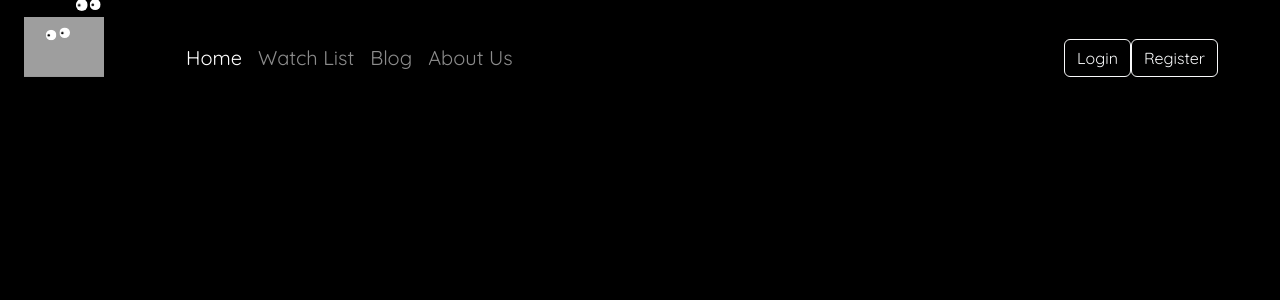
Repository: dangnguyenblackie/Movie-Review-Site
Page: / (app in movie-app/)
The author's editor kept a copy of each file at every save. The page is drawn from the files as they stood at one save, then again after the next save.
The browser window is 1280 px wide. The pictures show the whole page.
Pictures or frames that could not be fetched are drawn as grey boxes. The page's requests for data from a server got no answer. The project was rebuilt for these pictures with package versions that can differ from the ones it lists, and the page was loaded fresh each time. No one was signed in, and anything a server would have sent is missing. Also part of the build but not shown: movie-app/vite.config.ts, movie-app/src/components/header/Header.css.

Above is the page before, as saved 2023-08-12 22:06:36.

### movie-app/index.html
<!doctype html>
<html lang="en">
  <head>
    <meta charset="UTF-8" />
    <link rel="icon" type="image/svg+xml" href="/vite.svg" />
    <meta name="viewport" content="width=device-width, initial-scale=1.0" />
    <title>Movie</title>
  </head>
  <body>
    <div id="root"></div>
    <script type="module" src="/src/main.tsx"></script>
  </body>
</html>

### movie-app/src/main.tsx
import React from 'react'
import ReactDOM from 'react-dom/client'
import App from './App.tsx'
import './index.css'
import 'bootstrap/dist/css/bootstrap.css'
import './App.css'
import { BrowserRouter, Route, Routes } from 'react-router-dom'

ReactDOM.createRoot(document.getElementById('root')!).render(
  <React.StrictMode>
    <BrowserRouter>
      <Routes>
        <Route path='/*' element={<App />} />
      </Routes>
    </BrowserRouter>
  </React.StrictMode>,
)

### movie-app/src/App.tsx
import { Route, Routes } from "react-router-dom";
import Layout from "./components/Layout";
import Home from "./components/home/Home.jsx";
import { useEffect, useState } from "react";
import api from "./api/axiosConfig";
import "./App.css"
import Header from "./components/header/Header.tsx";
const App = () => {

  const [movies, setMovies] = useState();
  const getMovies = async () => {
    try {
      const response = await api.get("/api/v1/movies");
      setMovies(response.data);
    } catch (error) {
      console.log(error);
    }
  };

  useEffect(() => {
    getMovies();
  }, []);

  return (
    <div className="App">
      <Header />
        <Routes>
          <Route path="/" element={<Layout />}>

            <Route path="/" element={<Home movies={movies}/>} />
          </Route>
        </Routes>
    </div>

  );
};

export default App;

### movie-app/src/index.css
/* :root {
  font-family: Inter, system-ui, Avenir, Helvetica, Arial, sans-serif;
  line-height: 1.5;
  font-weight: 400;

  color-scheme: light dark;
  color: rgba(255, 255, 255, 0.87);
  background-color: #242424;

  font-synthesis: none;
  text-rendering: optimizeLegibility;
  -webkit-font-smoothing: antialiased;
  -moz-osx-font-smoothing: grayscale;
  -webkit-text-size-adjust: 100%;
} */

a {
  font-weight: 500;
  color: #646cff;
  text-decoration: inherit;
}
a:hover {
  color: #535bf2;
}


h1 {
  font-size: 3.2em;
  line-height: 1.1;
}

button {
  border-radius: 8px;
  border: 1px solid transparent;
  padding: 0.6em 1.2em;
  font-size: 1em;
  font-weight: 500;
  font-family: inherit;
  background-color: #1a1a1a;
  cursor: pointer;
  transition: border-color 0.25s;
}
button:hover {
  border-color: #646cff;
}
button:focus,
button:focus-visible {
  outline: 4px auto -webkit-focus-ring-color;
}

@media (prefers-color-scheme: light) {
  :root {
    color: #213547;
    background-color: #ffffff;
  }
  a:hover {
    color: #747bff;
  }
  button {
    background-color: #f9f9f9;
  }
}

### movie-app/src/App.css
@import url('https://fonts.googleapis.com/css2?family=Quicksand&display=swap');

*{
  box-sizing: border-box;
  font-family: 'Quicksand', Arial, Helvetica, sans-serif;
}
body{
  padding:0;
  margin:0;
}
.App{
  display: flex;
  flex-direction: column;
  min-height: 100vh;
  background-color: black;
  color:white;
  /* margin-top:10px; */
}

### movie-app/src/components/Layout.tsx
import { Outlet } from "react-router-dom";

const Layout = () => {
  return (
    <main>
      <Outlet />
    </main>
  );
};

export default Layout;

### movie-app/src/components/home/Home.jsx
import Slide from '../slide/Slide'

const Home = ({ movies }) => {
  return (
    <Slide movies={movies} ></Slide>
  )
}

export default Home

### movie-app/src/api/axiosConfig.tsx
import axios from 'axios'

export default axios.create({
    baseURL: "http://localhost:12000/",
    timeout: 1000
})

### movie-app/src/components/header/Header.tsx
import { Container, Nav, Navbar } from "react-bootstrap";
import { NavLink } from "react-router-dom";
import Morty from "../morty/Morty";
import "./Header.css";

const Header = () => {
  return (
    <Navbar bg="black" variant="dark" expand="lg">
      <Container fluid>
        <Navbar.Brand href="/" style={{ height: "100px", width: "100px" }}>
          <Morty />
        </Navbar.Brand>
        <Navbar.Toggle aria-controls="navbarScroll" />
        <Navbar.Collapse id="navbarScroll">
          <Nav
            className="me-auto my-2 my-lg-0"
            style={{ maxHeight: "100px", fontSize: "20px", margin: "0px 50px" }}
            navbarScroll
          >
            <NavLink className="nav-link" to="/">
              Home
            </NavLink>
            <NavLink className="nav-link" to="/watchlist">
              Watch List
            </NavLink>
            <NavLink className="nav-link" to="/blog">
              Blog
            </NavLink>
            <NavLink className="nav-link" to="/about">
              About Us
            </NavLink>
          </Nav>
          <div
            className="auth-buttons"
            style={{
              display: "flex",
              justifyContent: "space-between",
              margin: "0 50px",
            }}
          >
            <button type="button" className="btn btn-outline-light">
              Login
            </button>
            <button type="button" className="btn btn-outline-light">
              Register
            </button>
          </div>
        </Navbar.Collapse>
      </Container>
    </Navbar>
  );
};

export default Header;

### movie-app/src/components/slide/Slide.jsx
import "./Slide.css";
import Carousel from "react-material-ui-carousel";
import { Paper } from "@mui/material";

const Slide = ({ movies }) => {
  return (
    <div className="movie-carousel-container">
      <Carousel>
        {
          movies?.map((movie) => {
            return (
              <Paper>
                <div className="movie-card-container">
                  <div className="movie-card" style={{"--img": `url(${movie.backdrops[0]})`}}>
                    <div className="movie-detail">
                      <div className="movie-poster">
                        <img src={movie.poster} />
                      </div>
                      <div className="movie-title">
                        <h4>{movie.title}</h4>
                      </div>
                    </div>
                  </div>
                </div>
              </Paper>
            );
          })
        }
      </Carousel>
    </div>
  );
};

export default Slide;

### movie-app/src/components/morty/Morty.tsx
import morty from "../../assets/morty.png";
import eye from "../../assets/eye.png";
import { useEffect, useRef, useState } from "react";
import "./Morty.css";
import angle from "./Utils";

const Morty = () => {
  const [coords, setCoords] = useState({ x: 0, y: 0, deg: 0 });
  const anchorRef = useRef<HTMLImageElement>(null);

  var rekt;
  var anchorX: number;
  var anchorY: number;

  useEffect(() => {
    if (anchorRef.current) {
      rekt = anchorRef.current.getBoundingClientRect();
      anchorX = rekt.left + rekt.width / 2;
      anchorY = rekt.top + rekt.height / 2;
    }

    const handleWindowMouseMove = (event: MouseEvent) => {
      setCoords({
        x: event.clientX,
        y: event.clientY,
        deg: 0 + angle(event.clientX, event.clientY, anchorX, anchorY),
      });
    };

    window.addEventListener("mousemove", handleWindowMouseMove);

    return () => {
      window.removeEventListener("mousemove", handleWindowMouseMove);
    };
  }, []);

  return (
    <>
      <div id="rick-and-morty-container">
        <img ref={anchorRef} id="rick-and-morty-anchor" src={morty} />
        <div id="rick-and-morty-eyes">
          <img
            className="rick-and-morty-eye"
            src={eye}
            style={{
              top: "58px",
              right: "-142px",
              transform: `rotate(${coords.deg}deg)`,
            }}
          />
          <img
            className="rick-and-morty-eye"
            src={eye}
            style={{
              top: "47px",
              right: "-208px",
              transform: `rotate(${coords.deg}deg)`,
            }}
          />
          <img
            className="rick-and-morty-eye"
            src={eye}
            style={{
              top: "-88px",
              right: "-291px",
              scale: "115%",
              transform: `rotate(${coords.deg}deg)`,
            }}
          />
          <img
            className="rick-and-morty-eye"
            src={eye}
            style={{
              top: "-90px",
              right: "-356px",
              scale: "106%",
              transform: `rotate(${coords.deg}deg)`,
            }}
          />
        </div>
      </div>
    </>
  );
};

export default Morty;

### movie-app/src/components/slide/Slide.css
.movie-carousel-container{
    width: 100vw;
    background-color: #000;
}

.movie-poster{
    height: 300px;
    border: 0.5px solid rgba(255,255,255,0.5);
    border-radius: 5%;
    overflow: hidden;
}

.movie-poster > img{
    height: 100%;
    width: 100%;

}

.movie-card-container{
    height: 550px;
    background-color: #000;
}

.movie-card{
    background-repeat: no-repeat;
    width: 100%;
    height: 100%;
    background-size: cover;
    background-image: linear-gradient(to bottom, rgba(0,0,0,0), rgba(0,0,0,1)), var(--img
);
}

.movie-detail{
    position: absolute;
    top: 200px;
    display: flex;
    justify-content: space-evenly;
    width: 100%;

}

.movie-title{
    color: #fff;
    display: flex;
    align-items: center;
}

### movie-app/src/components/morty/Morty.css

#rick-and-morty-container{
    display: grid;
    place-items: center;
    position: relative;
    scale: 20%;
}


#rick-and-morty-eyes, #rick-and-morty-eyes img{
    position: absolute;
    border:1px rgba(255, 255, 255, 0);
    border-radius: 50%;
    scale: 103%;
}

#rick-and-morty-container{
    scale: 20%;
    max-height: 11%;
    max-width: 30%;
}

/* @media only screen and (max-width: 400px) {
    #rick-and-morty-container {
      display: none;
    }
  } */

### movie-app/src/components/morty/Utils.ts
export default function angle(
  cx: number,
  cy: number,
  ex: number,
  ey: number
): number {
  const ax = ex - cx;
  const ay = ey - cy;

  const rad = Math.atan2(ay, ax);
  const degree = (rad * 180) / Math.PI;

  return degree;
}

After the next save:
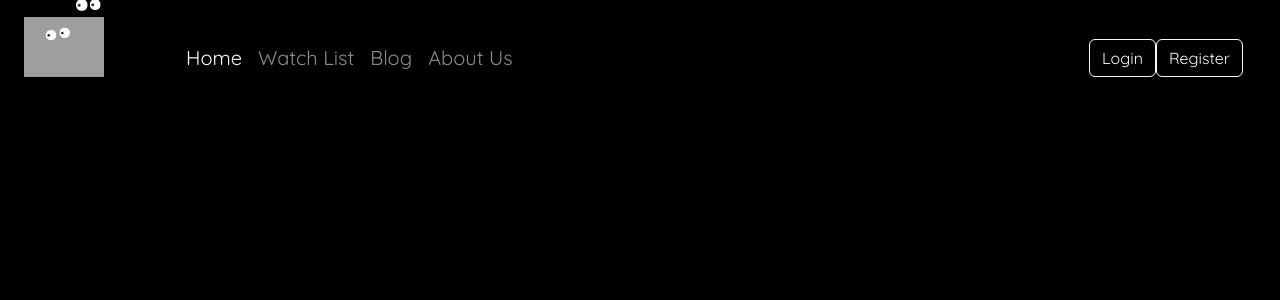
Saved 30 s later.
--- a/movie-app/src/components/header/Header.tsx
+++ b/movie-app/src/components/header/Header.tsx
@@ -35,7 +35,7 @@
             style={{
               display: "flex",
               justifyContent: "space-between",
-              margin: "0 50px",
+              margin: "0 25px",
             }}
           >
             <button type="button" className="btn btn-outline-light">
